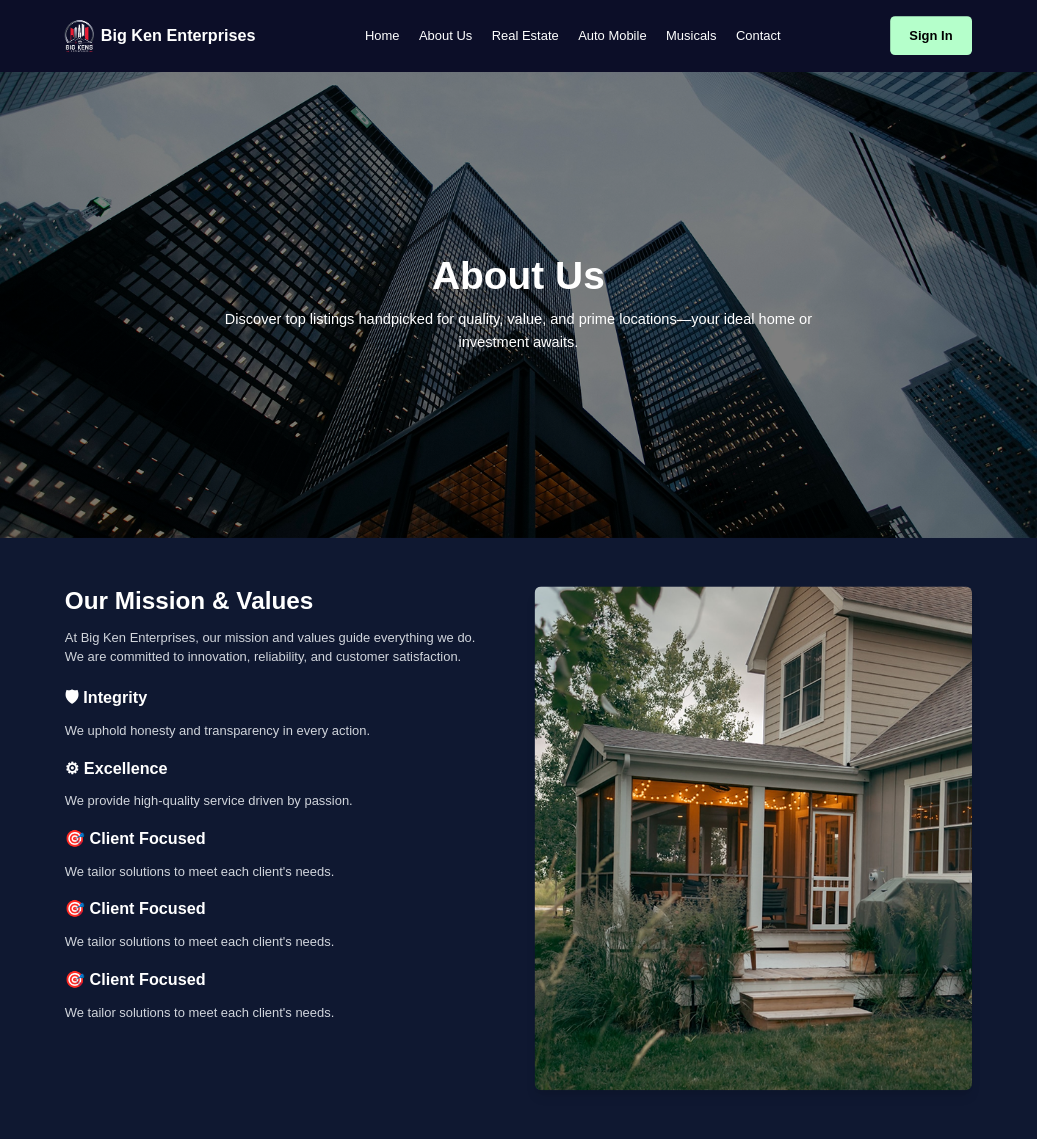
Repository: techvaro/Big-kens-realty-Frontend-react-
Page: /about (app in big-kens-realty/)
These files come from the project's save history. The page is drawn as it stood at one moment and after the next save; the edit follows.
The browser window is 1280 px wide. The pictures show the whole page, at 81% of full size.
The project was rebuilt for these pictures with package versions that can differ from the ones it lists, and the page was loaded fresh each time. Also part of the build but not shown: big-kens-realty/vite.config.js, big-kens-realty/src/components/Footer/Footer.jsx, big-kens-realty/src/components/Home/hero.jsx, big-kens-realty/src/components/Home/Services.jsx, big-kens-realty/src/components/Home/Stats.jsx, big-kens-realty/src/components/Home/About.jsx, big-kens-realty/src/components/Home/FeaturedProperties.jsx, big-kens-realty/src/components/Home/AutoMobileSale.jsx and 2 more.

Above is the page before, as saved 2025-12-08 16:00:14.

### big-kens-realty/index.html
<!doctype html>
<html lang="en">
  <head>
    <meta charset="UTF-8" />
    <link rel="icon" type="image/svg+xml" href="/vite.svg" />
    <meta name="viewport" content="width=device-width, initial-scale=1.0" />
    <title>big-kens-realty</title>
  </head>
  <body>
    <div id="root"></div>
    <script type="module" src="/src/main.jsx"></script>
  </body>
</html>

### big-kens-realty/src/index.css
@import "tailwindcss";

body {
  margin: 0;
  font-family: Arial, sans-serif;
  background-color: #0c0e28;
  color: white;
}

section {
  padding: 60px 80px;
}

h1, h2, h3 {
  margin: 0 0 15px 0;
}

.btn {
  background: #b5ffcb;
  color: #000;
  padding: 12px 25px;
  border-radius: 5px;
  border: none;
  font-weight: bold;
  cursor: pointer;
}

.btn1{
  background: #b5ffcb;
  color: #000;
  height: 30px;
  width: 80px;
  border: none;
  font-weight: bold;
  cursor: pointer;
  border-radius: 5px;
}

.card {
  background: #1b1e49;
  padding: 15px;
  border-radius: 8px;
}

nav img {
  width: auto !important;
}

### big-kens-realty/src/router/AppRouter.jsx
import { BrowserRouter, Routes, Route } from "react-router-dom";
import Home from "../Pages/Home";
import About from "../Pages/About";

// Placeholder components for routes that don't exist yet
// const About = () => <div>About Page</div>;
const RealEstate = () => <div>Real Estate Page</div>;
const AutoMobile = () => <div>Auto Mobile Page</div>;
const Music = () => <div>Music Page</div>;
const Contact = () => <div>Contact Page</div>;

export default function AppRouter() {
  return (
    <BrowserRouter>
      <Routes>
        <Route path="/" element={<Home />} />
        <Route path="/about" element={<About />} />
        <Route path="/real-estate" element={<RealEstate />} />
        <Route path="/auto-mobile" element={<AutoMobile />} />
        <Route path="/music" element={<Music />} />
        <Route path="/contact" element={<Contact />} />
      </Routes>
    </BrowserRouter>
  );
}

### big-kens-realty/src/Pages/About.jsx
import Navbar from "../components/navbar/navbar";
import Hero from "../components/About/Hero";
import MissionValues from "../components/About/mission";

export default function About() {
  return (
    <>
      <Navbar />
      <Hero />
      <MissionValues />
    </>
  );
}

### big-kens-realty/src/components/navbar/navbar.jsx
import { Link } from "react-router-dom";
import { useState } from "react";
import logo from "../../assets/image/logo.png";
import {
    Bars3Icon,
    HomeIcon,
    InformationCircleIcon,
    BuildingOfficeIcon,
    WrenchIcon,
    MusicalNoteIcon,
    PhoneIcon,
    XMarkIcon,
} from "@heroicons/react/24/outline";

export default function Navbar() {
  const [isMobileMenuOpen, setIsMobileMenuOpen] = useState(false);

  return (
    <div className="w-full relative">

        <nav className="hidden lg:flex items-center justify-between px-20 py-5 bg-[#0c0e28] sticky top-0 z-50">
            <span className="inline-flex items-center justify-left gap-2">
                <img src={logo} className="h-[40px] w-[40px] object-contain" alt="Big Ken Enterprises Logo" />
                <span className="text-xl font-bold text-white whitespace-nowrap">Big Ken Enterprises</span>
            </span>

            <div className="flex gap-6">
                <Link to="/" className="text-white hover:text-gray-300 transition">
                    Home
                </Link>

                <Link to="/about" className="text-white hover:text-gray-300 transition">
                    About Us
                </Link>

                <Link
                to="/real-estate"
                className="text-white hover:text-gray-300 transition"
                >
                Real Estate
                </Link>

                <Link
                to="/auto-mobile"
                className="text-white hover:text-gray-300 transition"
                >
                Auto Mobile
                </Link>

                <Link to="/music" className="text-white hover:text-gray-300 transition">
                Musicals
                </Link>

                <Link to="/contact" className="text-white hover:text-gray-300 transition">
                Contact
                </Link>
            </div>

            <button className="bg-[#b5ffcb] text-black px-6 py-3 rounded-md font-bold hover:bg-[#9ae6af] transition">
                Sign In
            </button>
        </nav>

        <nav className="flex lg:hidden items-center justify-between px-10 py-5 bg-[#0c0e28] sticky top-0 z-50">
            <span className="flex items-center justify-center gap-5">
                <img src={logo} className="h-[40px] w-[40px] object-contain" alt="Big Ken Enterprises Logo" />
                <span className="text-1xl font-bold text-white whitespace-normal">Big Ken Enterprises</span>
            </span>

            <span className="flex items-center justify-between gap-5">

                {/* Menu Icon */}
                <button
                  className="text-white"
                  onClick={() => setIsMobileMenuOpen(!isMobileMenuOpen)}
                >
                  {isMobileMenuOpen ? (
                    <XMarkIcon className="h-8 w-8 text-white cursor-pointer" />
                  ) : (
                    <Bars3Icon className="h-8 w-8 text-white cursor-pointer" />
                  )}
                </button>
            </span>
        </nav>

        {/* Mobile Menu */}
        <div
          className={`fixed top-16 left-0 w-full bg-[#0c0e28] z-40 transition-all duration-300 ease-in-out lg:hidden ${
            isMobileMenuOpen
              ? 'opacity-100 translate-y-0 pointer-events-auto'
              : 'opacity-0 -translate-y-10 pointer-events-none'
          }`}
        >
          <div className="flex flex-col items-center justify-center gap-5 p-5">
            <Link
              to="/"
              className="flex items-center gap-2 text-white hover:text-gray-300 transition w-full py-2 justify-center"
              onClick={() => setIsMobileMenuOpen(false)}
            >
              <HomeIcon className="h-5 w-5 text-white" /> Home
            </Link>

            <Link
              to="/about"
              className="flex items-center gap-2 text-white hover:text-gray-300 transition w-full py-2 justify-center"
              onClick={() => setIsMobileMenuOpen(false)}
            >
              <InformationCircleIcon className="h-5 w-5 text-white" /> About Us
            </Link>

            <Link
              to="/real-estate"
              className="flex items-center gap-2 text-white hover:text-gray-300 transition w-full py-2 justify-center"
              onClick={() => setIsMobileMenuOpen(false)}
            >
              <BuildingOfficeIcon className="h-5 w-5 text-white" /> Real Estate
            </Link>

            <Link
              to="/auto-mobile"
              className="flex items-center gap-2 text-white hover:text-gray-300 transition w-full py-2 justify-center"
              onClick={() => setIsMobileMenuOpen(false)}
            >
              <WrenchIcon className="h-5 w-5 text-white" /> Auto Mobile
            </Link>

            <Link
              to="/music"
              className="flex items-center gap-2 text-white hover:text-gray-300 transition w-full py-2 justify-center"
              onClick={() => setIsMobileMenuOpen(false)}
            >
              <MusicalNoteIcon className="h-5 w-5 text-white" /> Musicals
            </Link>

            <Link
              to="/contact"
              className="flex items-center gap-2 text-white hover:text-gray-300 transition w-full py-2 justify-center"
              onClick={() => setIsMobileMenuOpen(false)}
            >
              <PhoneIcon className="h-5 w-5 text-white" /> Contact
            </Link>
            <button className="bg-[#b5ffcb] text-black px-6 py-3 rounded-md font-bold hover:bg-[#9ae6af] transition w-full">
                Sign In
            </button>
          </div>
        </div>

    </div>

  );
}

### big-kens-realty/src/components/About/Hero.jsx
import heroImage from "../../assets/image_about/hero.png";

export default function Hero() {


    return (
        <section
            className="relative h-[80vh] flex items-center justify-center text-white bg-cover bg-center"
            style={{ backgroundImage: `linear-gradient(rgba(0,0,0,.5), rgba(0,0,0,.5)), url(${heroImage})` }}
        >


            {/* Content aligned with navbar */}
            <div className="relative z-10 w-full max-w-7xl mx-auto px-4 lg:px-20 text-center">
                <h1 className="text-5xl font-bold mb-4">About Us</h1>
                <p className="text-lg max-w-3xl mx-auto">
                    Discover top listings handpicked for quality, value, and prime
                    locations—your ideal home or investment awaits.
                </p>
            </div>
        </section>
    );

}

### big-kens-realty/src/components/About/mission.jsx
import heroImage from "../../assets/image_about/house.png";
// Mission & Values Section
export default function MissionValues() {
return (
<section className="py-16 px-6 md:px-20 bg-[#0F1831] text-white grid md:grid-cols-2 gap-10">
<div>
<h2 className="text-3xl font-bold mb-6">Our Mission & Values</h2>
<p className="mb-6 text-gray-300 max-w-lg">
At Big Ken Enterprises, our mission and values guide everything we do. We are committed to innovation, reliability,
and customer satisfaction.
</p>


<div className="space-y-5">
<div>
<h3 className="text-xl font-semibold">🛡 Integrity</h3>
<p className="text-gray-300 max-w-md">We uphold honesty and transparency in every action.</p>
</div>
<div>
<h3 className="text-xl font-semibold">⚙ Excellence</h3>
<p className="text-gray-300 max-w-md">We provide high-quality service driven by passion.</p>
</div>
<div>
<h3 className="text-xl font-semibold">🎯 Client Focused</h3>
<p className="text-gray-300 max-w-md">We tailor solutions to meet each client's needs.</p>
</div>
<div>
<h3 className="text-xl font-semibold">🎯 Client Focused</h3>
<p className="text-gray-300 max-w-md">We tailor solutions to meet each client's needs.</p>
</div>
<div>
<h3 className="text-xl font-semibold">🎯 Client Focused</h3>
<p className="text-gray-300 max-w-md">We tailor solutions to meet each client's needs.</p>
</div>
</div>
</div>


<img src={heroImage} alt="House" className="rounded-lg shadow-lg" />
</section>
);
}

Loaded but not shown: big-kens-realty/src/main.jsx (common file); big-kens-realty/src/App.jsx (common file)

After the next save:
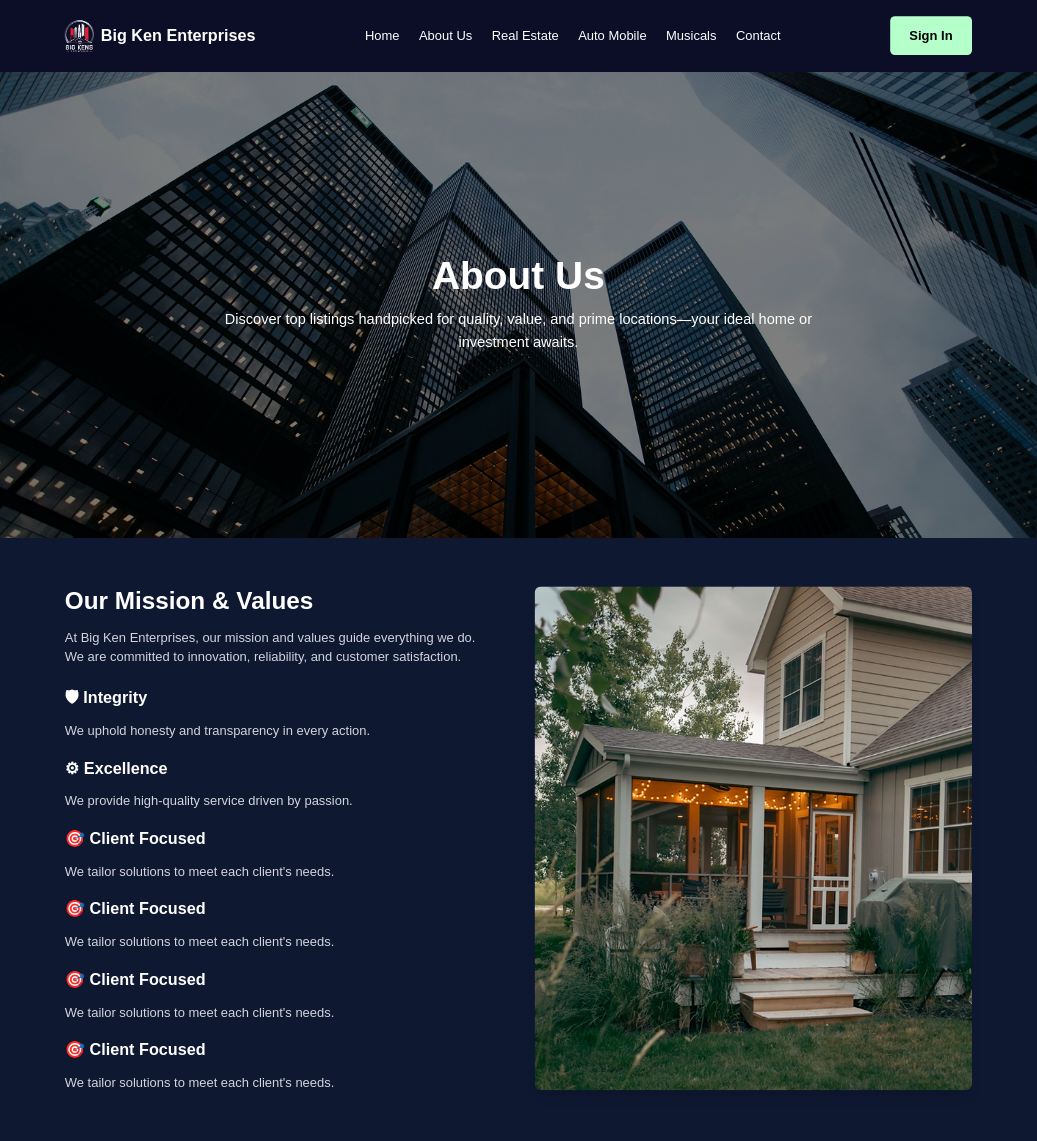
Saved 5 s later.
--- a/big-kens-realty/src/components/About/mission.jsx
+++ b/big-kens-realty/src/components/About/mission.jsx
@@ -32,6 +32,10 @@
 <h3 className="text-xl font-semibold">🎯 Client Focused</h3>
 <p className="text-gray-300 max-w-md">We tailor solutions to meet each client's needs.</p>
 </div>
+<div>
+<h3 className="text-xl font-semibold">🎯 Client Focused</h3>
+<p className="text-gray-300 max-w-md">We tailor solutions to meet each client's needs.</p>
+</div>
 </div>
 </div>
 

After the save that followed:
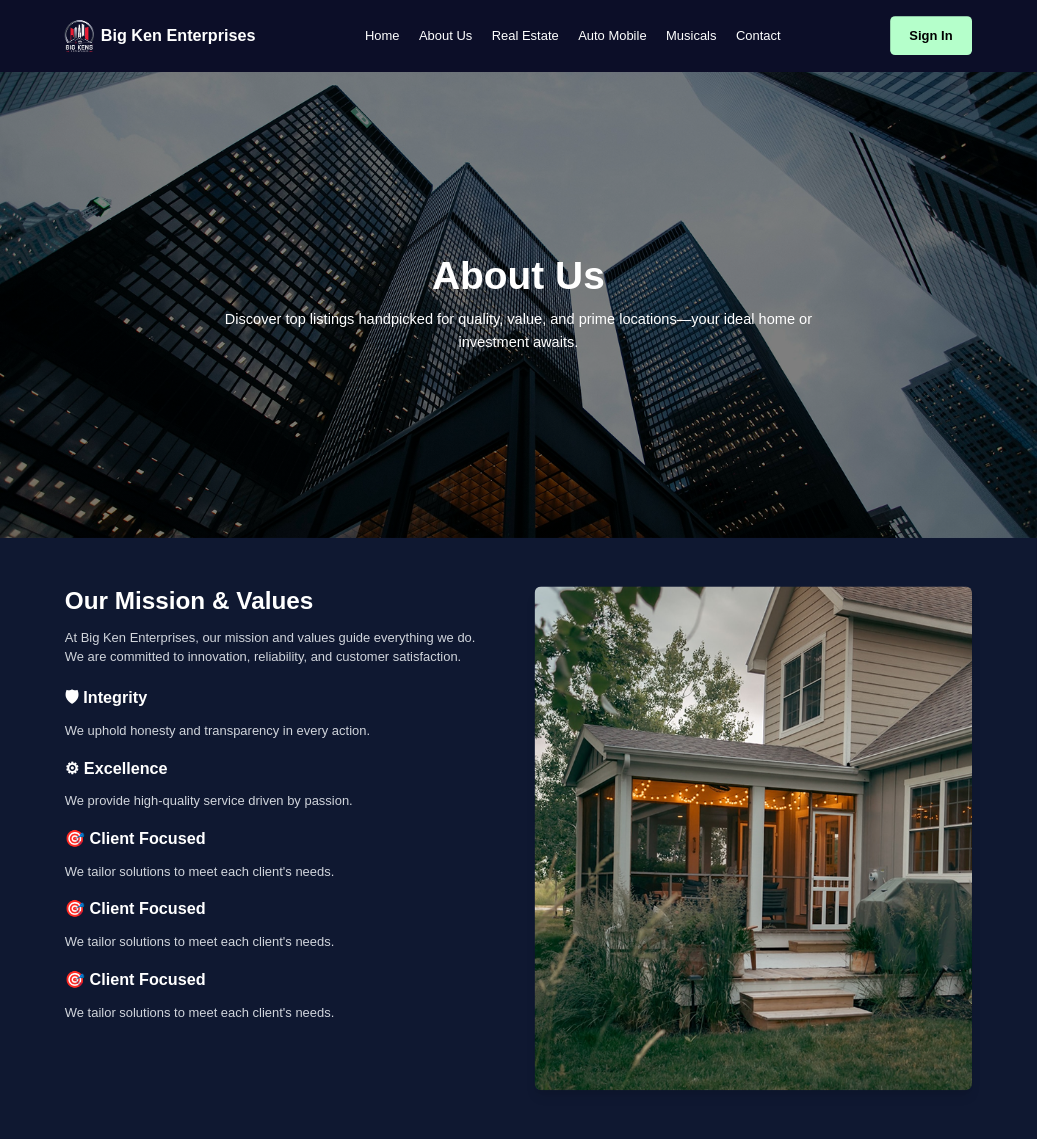
Saved 11 s later.
--- a/big-kens-realty/src/components/About/mission.jsx
+++ b/big-kens-realty/src/components/About/mission.jsx
@@ -32,10 +32,6 @@
 <h3 className="text-xl font-semibold">🎯 Client Focused</h3>
 <p className="text-gray-300 max-w-md">We tailor solutions to meet each client's needs.</p>
 </div>
-<div>
-<h3 className="text-xl font-semibold">🎯 Client Focused</h3>
-<p className="text-gray-300 max-w-md">We tailor solutions to meet each client's needs.</p>
-</div>
 </div>
 </div>
 
